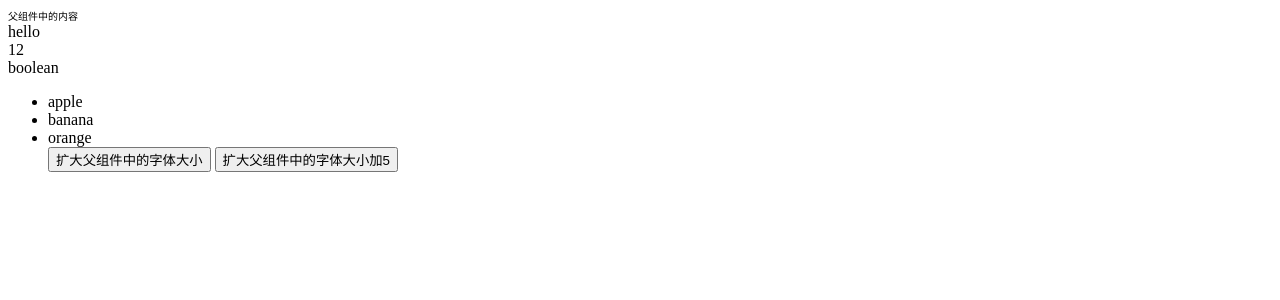
Repository: R1Deemo/Vue
Page: 05.html
The author's editor kept a copy of each file at every save. The page is drawn from the files as they stood at one save, then again after the next save.
The browser window is 1280 px wide. The pictures show the whole page.

Above is the page before, as saved 2022-11-14 09:37:07.

After the next save:
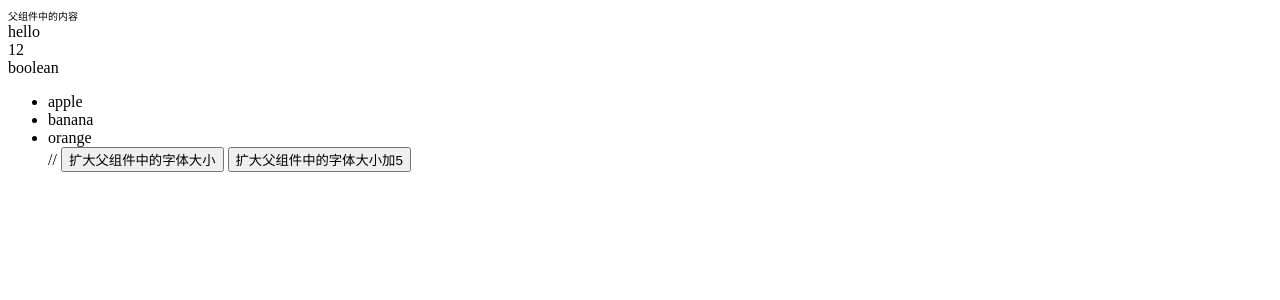
Saved 16 s later.
--- a/05.html
+++ b/05.html
@@ -28,7 +28,7 @@
             <div>{{typeof pboo}}</div>
             <ul>
                 <li :key='index'v-for='(item,index) in parr'>{{item}}</li>
-                <button @click='$emit("enlarge-text")'>扩大父组件中的字体大小</button>
+                // <button @click='$emit("enlarge-text")'>扩大父组件中的字体大小</button>
                 <button @click='$emit("enlarge-text",5)'>扩大父组件中的字体大小加5</button>
 
             </ul>

After the save that followed:
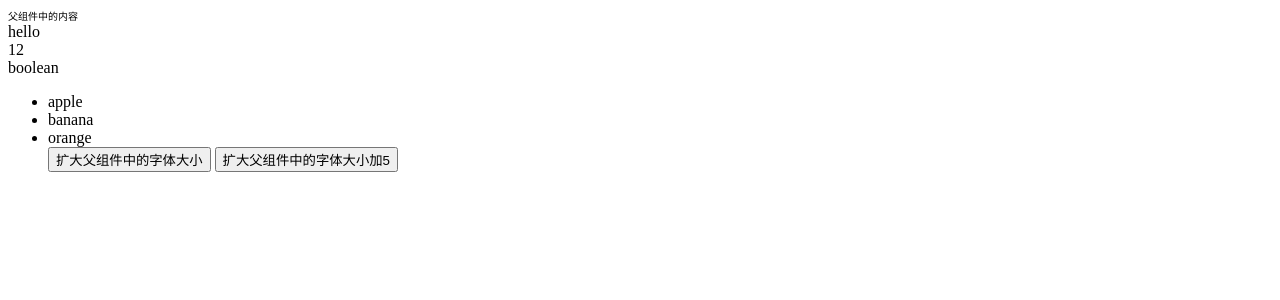
Saved 7 s later.
--- a/05.html
+++ b/05.html
@@ -28,7 +28,7 @@
             <div>{{typeof pboo}}</div>
             <ul>
                 <li :key='index'v-for='(item,index) in parr'>{{item}}</li>
-                // <button @click='$emit("enlarge-text")'>扩大父组件中的字体大小</button>
+                <button @click='$emit("enlarge-text")'>扩大父组件中的字体大小</button>
                 <button @click='$emit("enlarge-text",5)'>扩大父组件中的字体大小加5</button>
 
             </ul>
